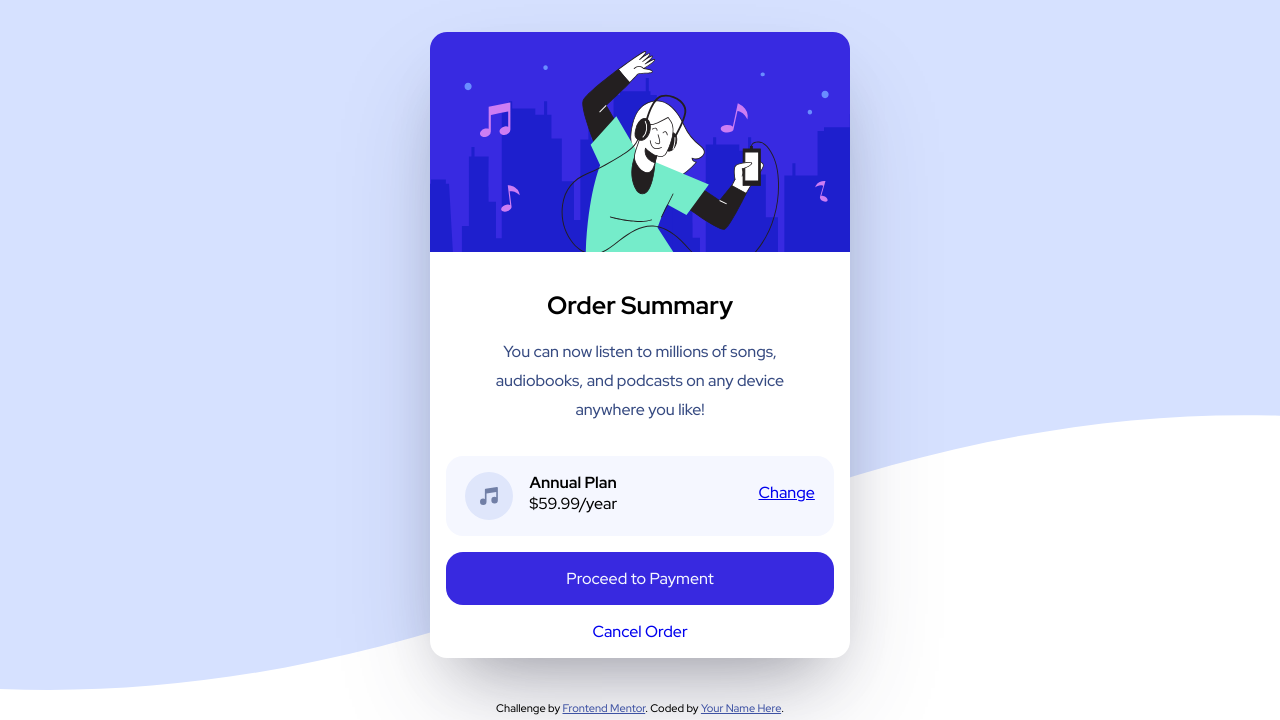
Repository: DejV44/order-summary-frontend
Page: index.html
These files come from the project's save history. The page is drawn as it stood at one moment and after the next save; the edit follows.
The browser window is 1280 px wide. The pictures show the whole page.
The style sheet was rebuilt from its Sass, Less or Tailwind sources for each picture, by a compiler version that may differ from the author's.

Above is the page before, as saved 2021-08-13 12:11:21.

After the next save:
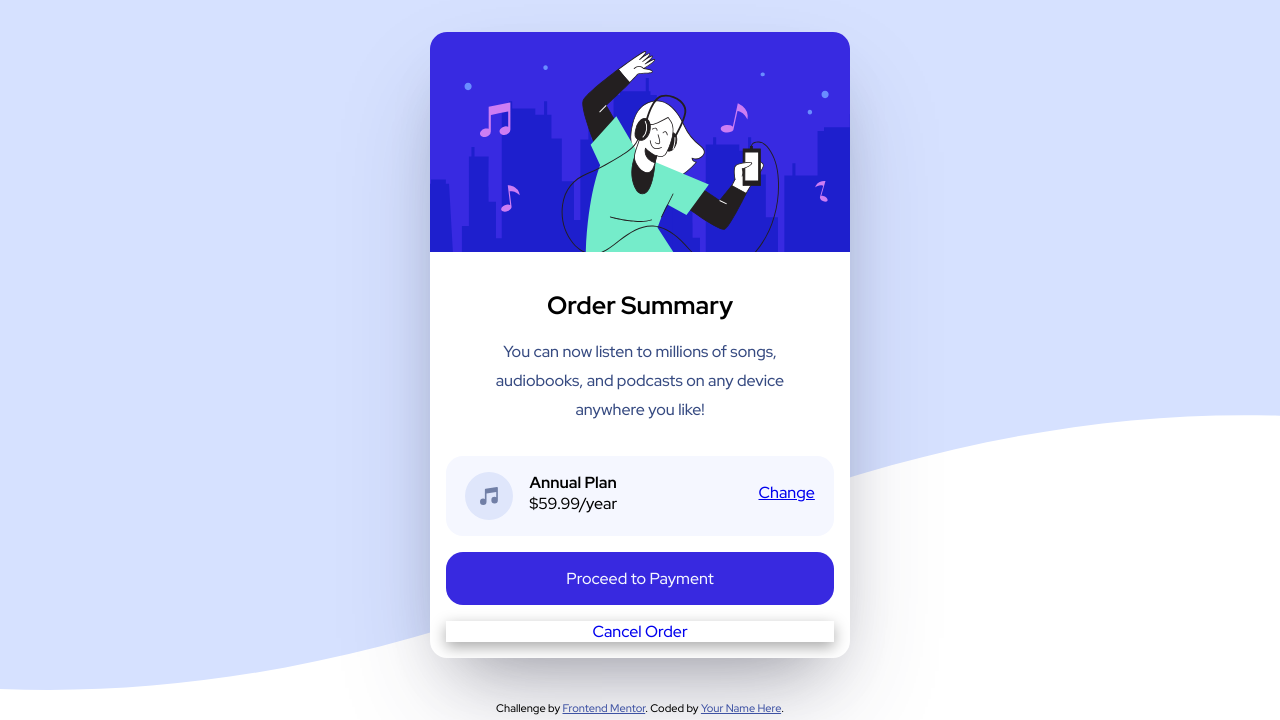
Saved 44 s later.
--- a/css/style.scss
+++ b/css/style.scss
@@ -62,6 +62,7 @@ body {
 
 .cancel_button {
     margin: 1rem;
+    box-shadow: rgba(0, 0, 0, 0.35) 0px 5px 15px;
     a {
         text-decoration: none;
 
